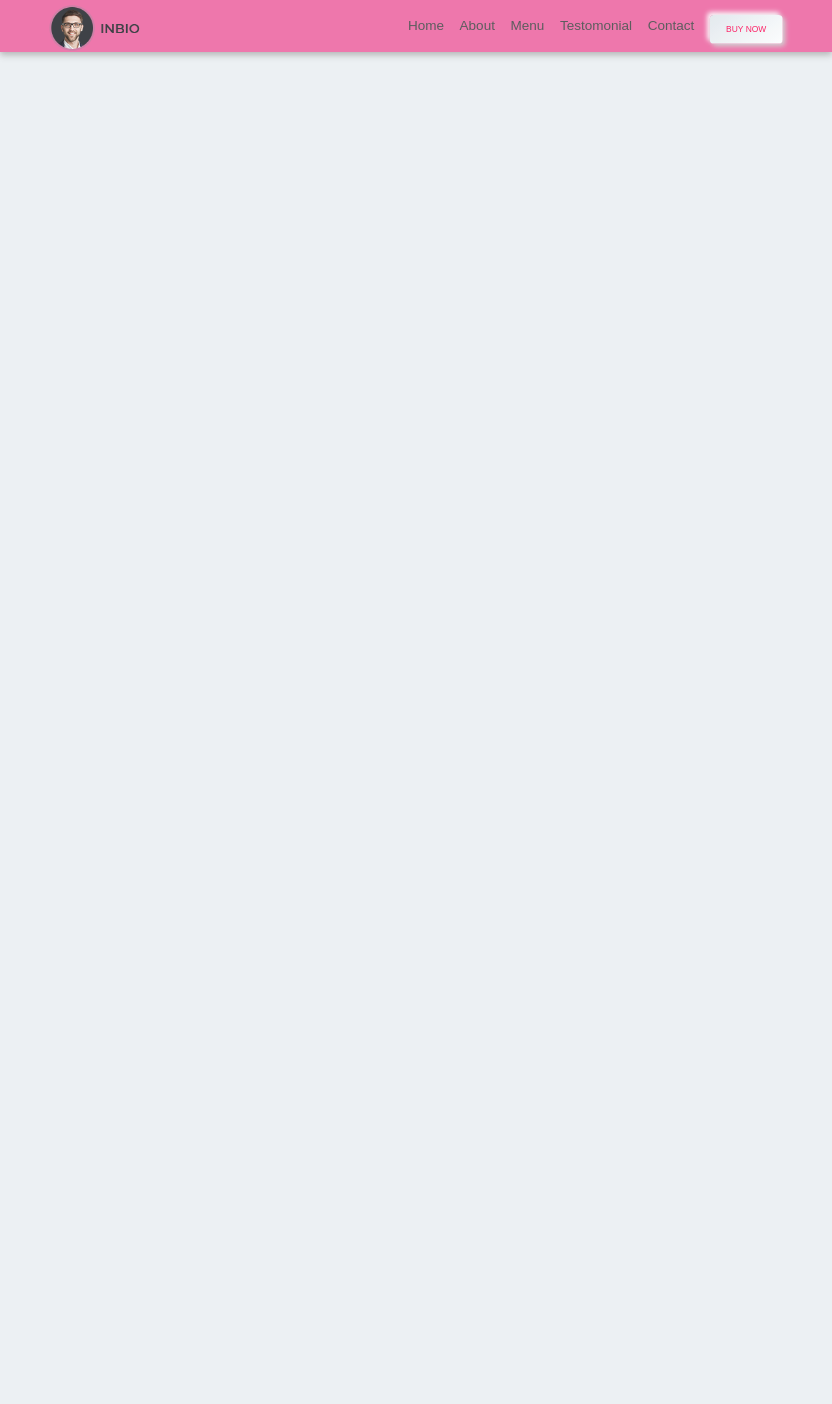
Repository: Sanjayjangra88/PortFolio
Page: /
These files come from the project's save history. The page is drawn as it stood at one moment and after the next save; the edit follows.
The browser window is 1280 px wide. The pictures show the whole page, at 65% of full size.
Some web libraries are served in a nearby version. The project was rebuilt for these pictures with package versions that can differ from the ones it lists, and the page was loaded fresh each time. Imported but missing from the stored project, and not drawn on this page: src/Components/Header/Navbar.

Above is the page before, as saved 2022-09-10 17:48:22.

After the next save:
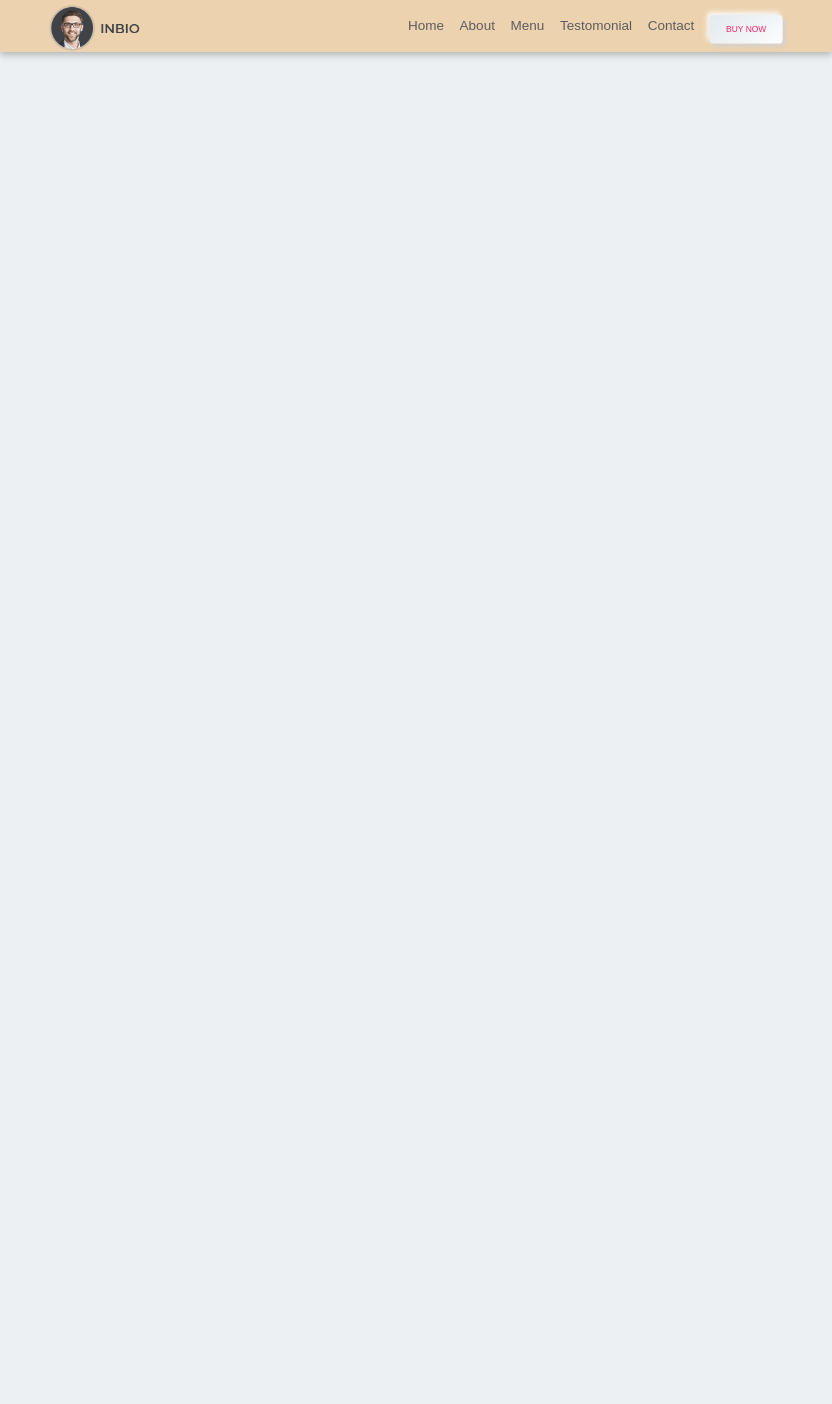
Saved 44 s later.
--- a/src/Components/Header/header.css
+++ b/src/Components/Header/header.css
@@ -26,7 +26,7 @@
     box-shadow: 0px 5px 10px 0px #aaa;
     position: fixed;
     width: 100%;
-    background: #ef629f;
+    background: #eecda3;
     color: #000;
     opacity: 0.85;
     z-index: 100;
